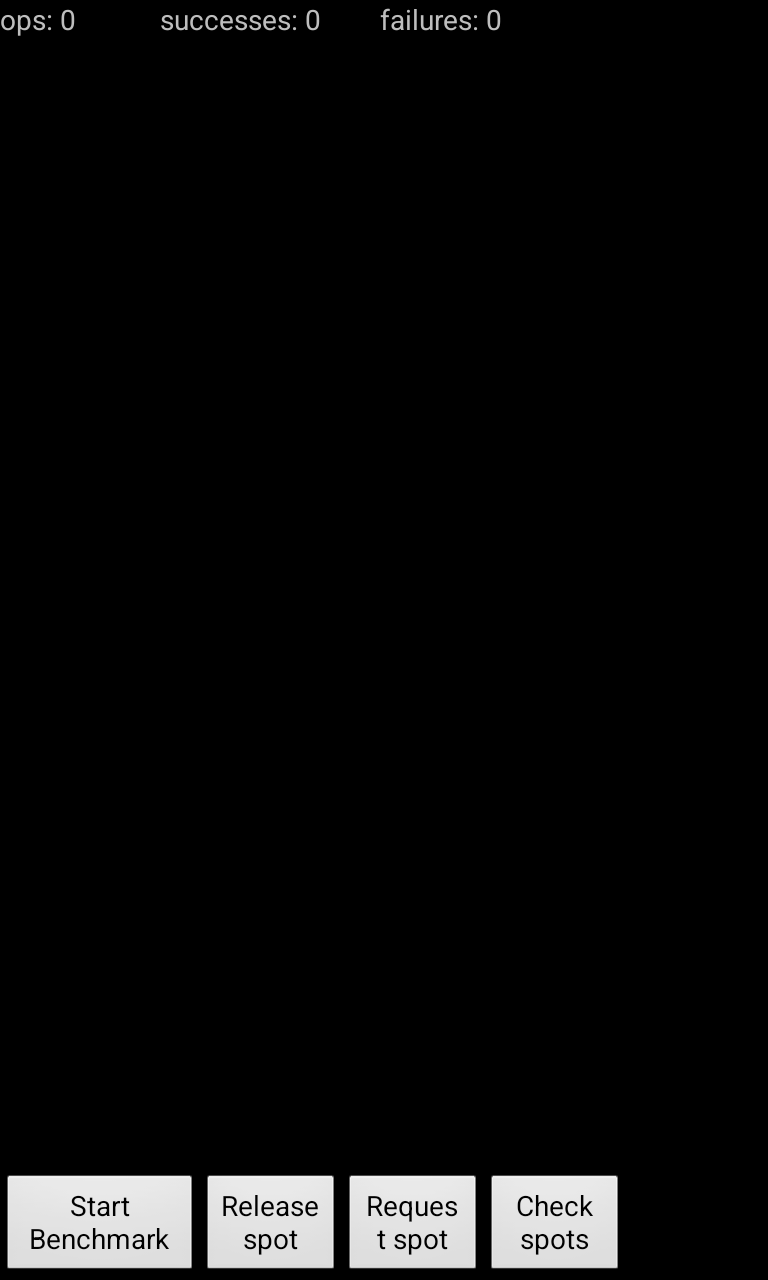
Repository: jasongao/csmcode
Layout: current/workspace/SMCloud/res/layout/main.xml
These files come from the project's save history. The layout is drawn as it stood at one moment and after the next save; the edit follows.
It is drawn on a 768 x 1280 px phone screen (xhdpi) without system bars, with theme android:Theme; the app's code is not run. Lists and similar views that code fills are empty.

Above is the layout before, as saved 2011-07-14 16:12:10.

After the next save:
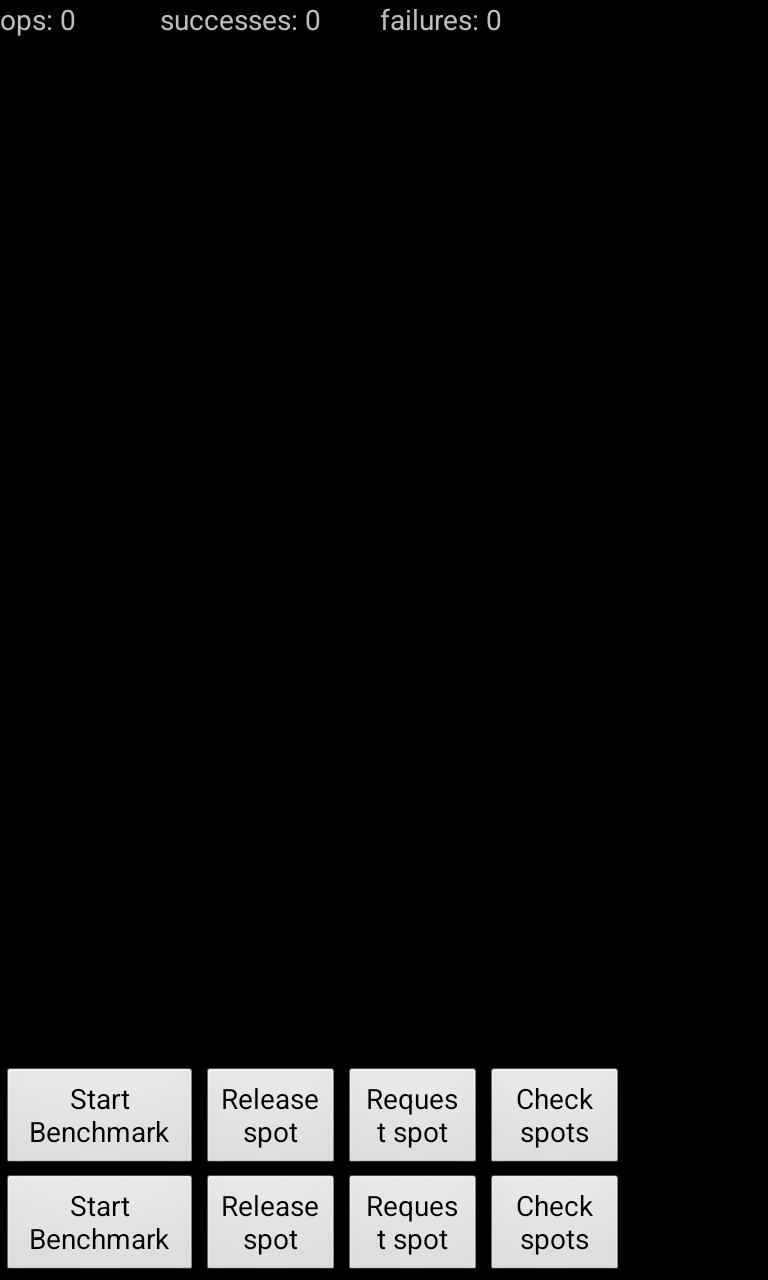
Saved 22 s later.
--- a/current/workspace/SMCloud/res/layout/main.xml
+++ b/current/workspace/SMCloud/res/layout/main.xml
@@ -35,4 +35,21 @@
 
 	</LinearLayout>
 
+	<LinearLayout android:layout_width="fill_parent"
+		android:orientation="horizontal" android:layout_height="wrap_content"
+		android:id="@+id/RequestLayout">
+		<Button android:layout_height="wrap_content"
+			android:layout_width="100dip" android:text="Start Benchmark"
+			android:id="@+id/testcsm_button"></Button>
+		<Button android:layout_height="wrap_content"
+			android:layout_width="71dip" android:text="Release spot"
+			android:id="@+id/releaseparking_button"></Button>
+		<Button android:layout_height="wrap_content"
+			android:layout_width="71dip" android:text="Request spot"
+			android:id="@+id/requestparking_button"></Button>
+		<Button android:layout_height="wrap_content"
+			android:layout_width="71dip" android:text="Check spots" android:id="@+id/readparking_button"></Button>
+
+	</LinearLayout>
+
 </LinearLayout>
